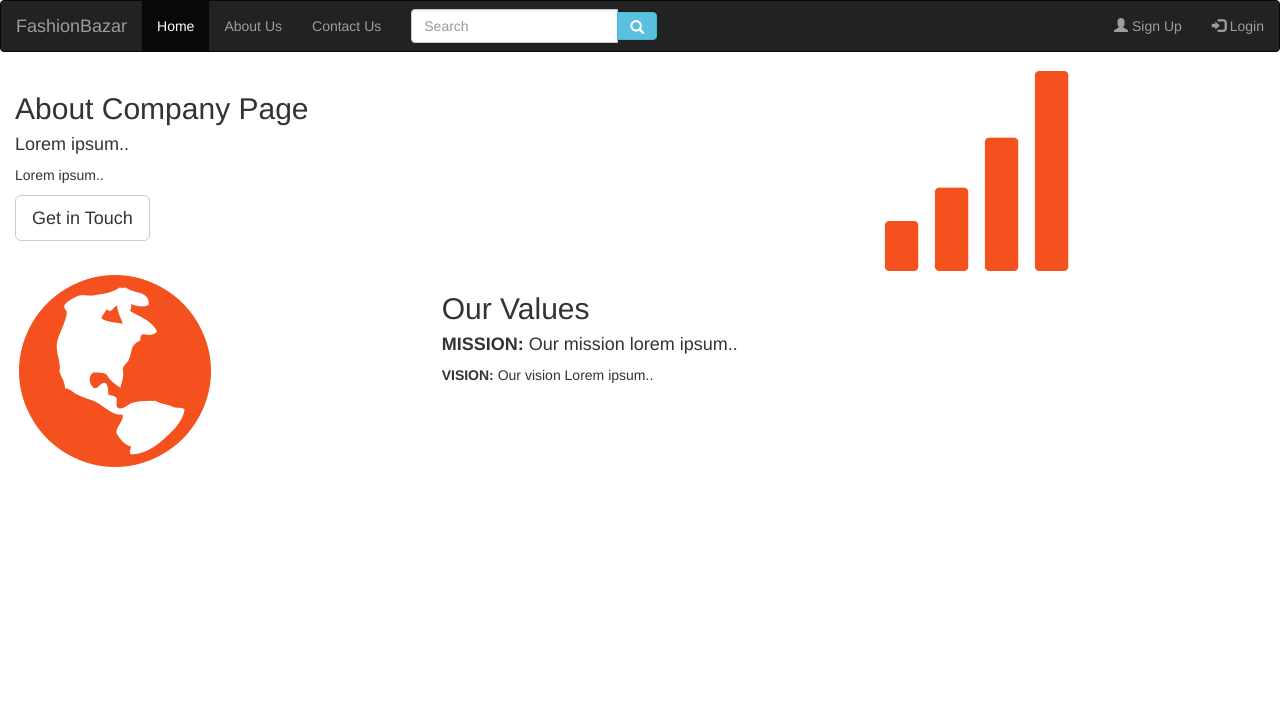
Repository: SmithaMendonca/Project-1
Page: http://localhost/FashionBazarFrontend/WEB-INF/views/AboutUs.jsp
The author's editor kept a copy of each file at every save. The page is drawn from the files as they stood at one save, then again after the next save.
The browser window is 1280 px wide. The pictures show the whole page.
The page is served by Tomcat 9. Nobody is signed in. Other server files are loaded and not shown. The template is opened directly, without the code that normally fills it, so the values that code supplies are empty.

Above is the page before, as saved 2019-06-06 04:50:09.

### FashionBazarFrontend/src/main/webapp/WEB-INF/views/AboutUs.jsp
<%@include file="Header.jsp"%>
<html>
<head>
<style>
 .logo {
   color: #f4511e;
  font-size: 200px;
}
@media screen and (max-width: 768px) {
  .col-sm-4 {
    text-align: center;
    margin: 25px 0;
  }
}

</style>

</head>
<body>
	<div class="container-fluid">
  <div class="row">
    <div class="col-sm-8">
      <h2>About Company Page</h2>
      <h4>Lorem ipsum..</h4>
      <p>Lorem ipsum..</p>
      <button class="btn btn-default btn-lg">Get in Touch</button>
    </div>
    <div class="col-sm-4">
      <span class="glyphicon glyphicon-signal logo"></span>
    </div>
  </div>
</div>

	<div class="container-fluid bg-grey">
  <div class="row">
    <div class="col-sm-4">
      <span class="glyphicon glyphicon-globe logo"></span>
    </div>
    <div class="col-sm-8">
      <h2>Our Values</h2>
      <h4><strong>MISSION:</strong> Our mission lorem ipsum..</h4>
      <p><strong>VISION:</strong> Our vision Lorem ipsum..</p>
    </div>
  </div>
</div>

</body>
</html>

### FashionBazarFrontend/src/main/webapp/WEB-INF/views/Header.jsp
<%@ page language="java" contentType="text/html"%>
<%@ taglib uri="http://java.sun.com/jsp/jstl/core" prefix="c"%>
<%@taglib prefix="form" uri="http://www.springframework.org/tags/form"%>
<html>
<head>
<title>Welcome to Fashion Bazar</title>
 <meta charset="utf-8">
 <meta name="viewport" content="width=device-width, initial-scale=1">
 <link rel="stylesheet" href="https://maxcdn.bootstrapcdn.com/bootstrap/3.4.0/css/bootstrap.min.css">
  <script src="https://ajax.googleapis.com/ajax/libs/jquery/3.4.0/jquery.min.js"></script>
  <script src="https://maxcdn.bootstrapcdn.com/bootstrap/3.4.0/js/bootstrap.min.js"></script>
</head>
<body>
	  <nav class="navbar navbar-inverse">
      <div class="container-fluid">
        <div class="navbar-header">
	         <a class="navbar-brand" href="#">FashionBazar</a>
        </div>
        <ul class="nav navbar-nav">
         <c:if test="${!sessionScope.loggedIn }">
	      <li class="active"><a href="index.jsp">Home</a></li>
          <li><a href="<c:url value="/aboutus"/>">About Us</a></li>
          <li><a href="<c:url value="/contactus"/>">Contact Us</a></li>
          <form class="navbar-form navbar-left">
  				<div class="input-group">
    			  <input type="text" class="form-control" placeholder="Search">
   				 	<div class="input-group-btn">
      				<button class="btn btn-info" type="button">
        				<span class="glyphicon glyphicon-search"></span>
      				</button>
    				</div>
  				</div>
			</form>
         </c:if>

         <c:if test="${sessionScope.loggedIn }">
               <c:if test="${sessionScope.role=='ROLE_ADMIN' }">
	      <li><a href="<c:url value="/category"/>">Category Management</a></li>
          <li><a href="<c:url value="/product"/>">Product Management</a></li>
               </c:if>
         </c:if>

          <c:if test="${sessionScope.loggedIn }">
              <c:if test="${sessionScope.role=='ROLE_USER' }">
           <li><a href="<c:url value="/productPage"/>">Products</a></li>
          <li><a href="<c:url value="/showCart"/>">Cart</a></li>
              </c:if>
          </c:if>
       </ul>

       <ul class="nav navbar-nav navbar-right">
         <c:if test="${!sessionScope.loggedIn }">
	     	<li><a href="<c:url value="/register"/>"><span class="glyphicon glyphicon-user"></span> Sign Up</a></li>
        	 <li><a href="<c:url value="/login"/>"><span class="glyphicon glyphicon-log-in"></span> Login</a></li>
         </c:if>

         <c:if test="${sessionScope.loggedIn }">
            <li><a href="#"><span class="glyphicon glyphicon-user"></span>Hi ${sessionScope.username}</a></li>
            <li><a href="<c:url value="/perform_logout"/>"><span class="glyphicon glyphicon-log-in"></span> Logout</a></li>
         </c:if>
       </ul>
     </div>
    </nav>
</body>
</html>

After the next save:
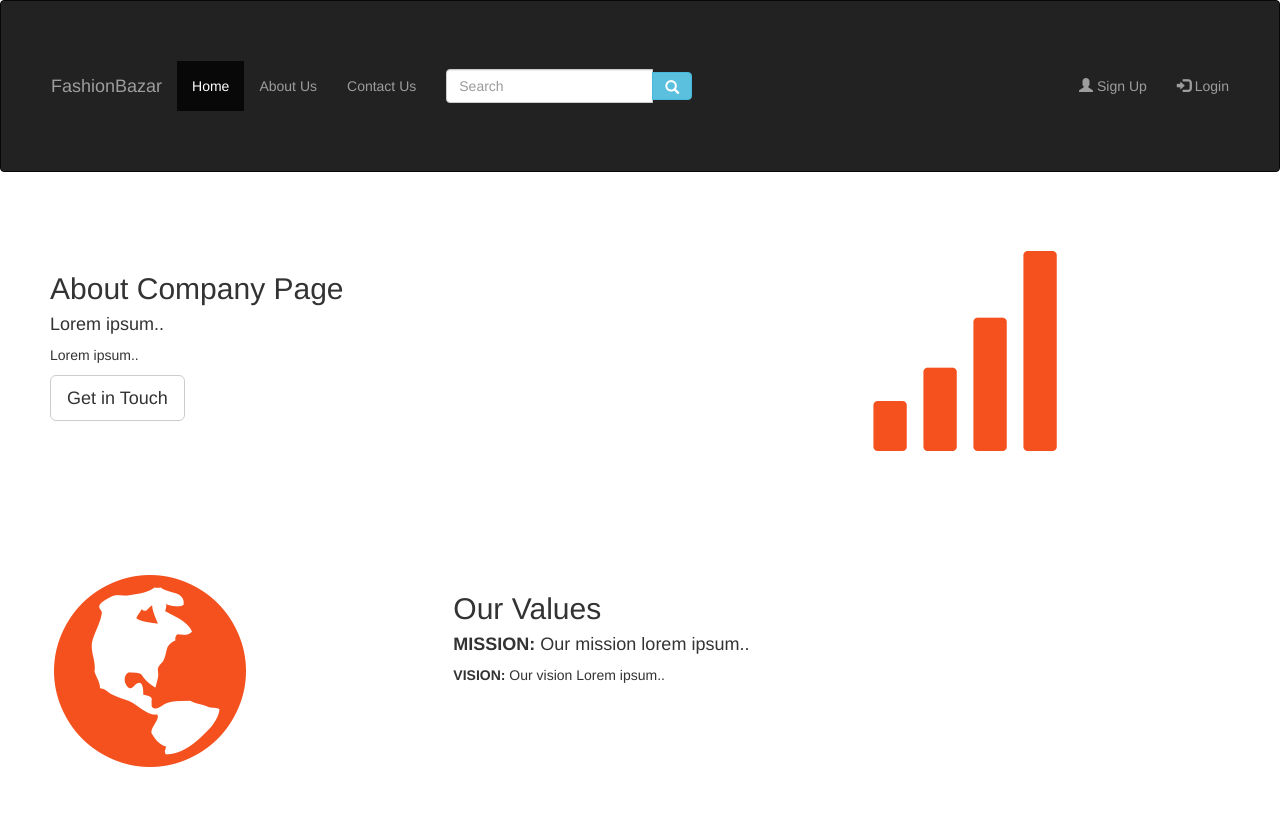
Saved 55 s later.
--- a/FashionBazarFrontend/src/main/webapp/WEB-INF/views/AboutUs.jsp
+++ b/FashionBazarFrontend/src/main/webapp/WEB-INF/views/AboutUs.jsp
@@ -2,6 +2,9 @@
 <html>
 <head>
 <style>
+.container-fluid {
+  padding: 60px 50px;
+}
  .logo {
    color: #f4511e;
   font-size: 200px;
